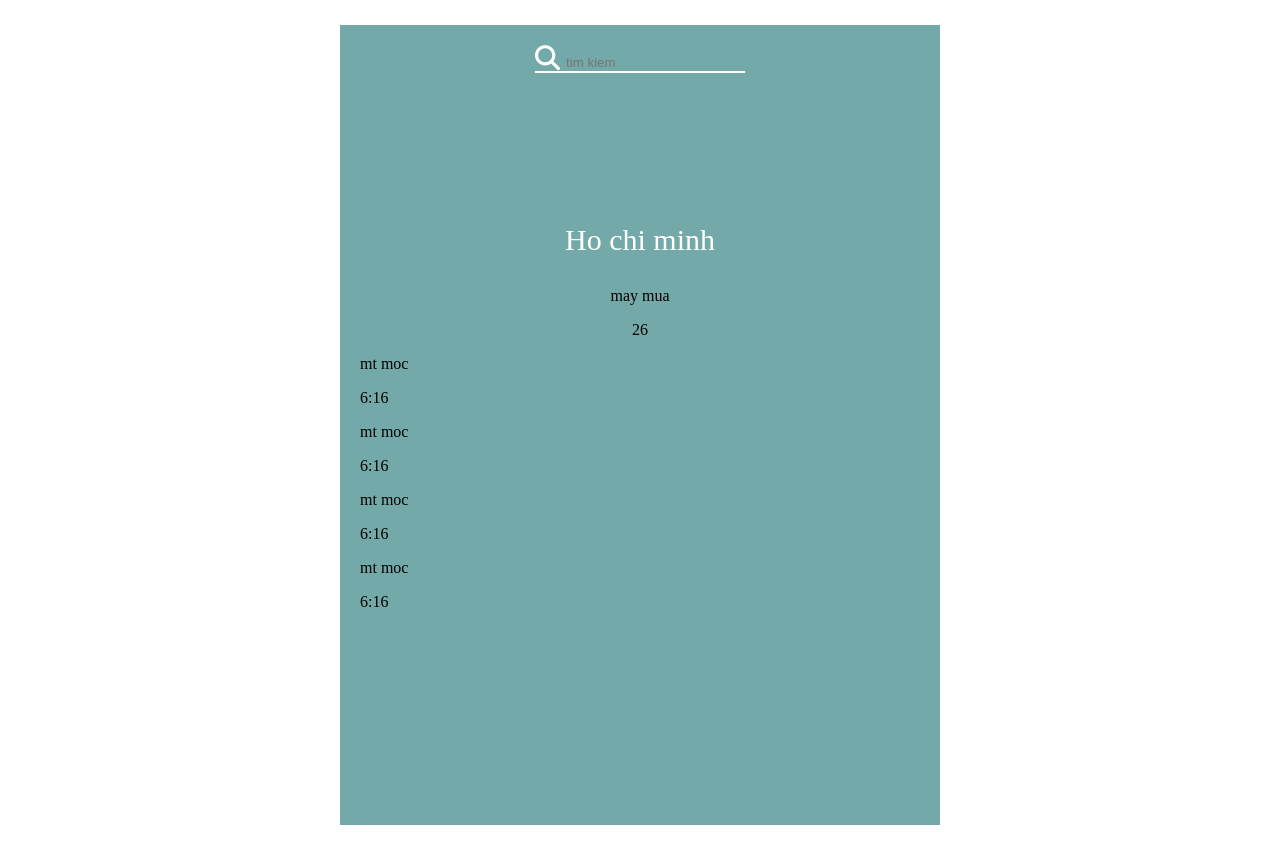
Repository: tienbkvn0605/weatherApp
Page: index.html
The author's editor kept a copy of each file at every save. The page is drawn from the files as they stood at one save, then again after the next save.
The browser window is 1280 px wide. The pictures show the whole page.

Above is the page before, as saved 2022-10-05 16:49:43.

### index.html
<!DOCTYPE html>
<html lang="en">
  <head>
    <meta charset="UTF-8" />
    <meta http-equiv="X-UA-Compatible" content="IE=edge" />
    <meta name="viewport" content="width=device-width, initial-scale=1.0" />
    <link
      rel="stylesheet"
      href="https://cdnjs.cloudflare.com/ajax/libs/font-awesome/6.2.0/css/all.min.css"
      integrity="sha512-xh6O/CkQoPOWDdYTDqeRdPCVd1SpvCA9XXcUnZS2FmJNp1coAFzvtCN9BmamE+4aHK8yyUHUSCcJHgXloTyT2A=="
      crossorigin="anonymous"
      referrerpolicy="no-referrer"
    />
    <link rel="stylesheet" href="appstyle.css" />
    <title>Get Weather</title>
  </head>
  <body>
    <div class="container">
      <div class="main-section">
        <div class="search-bar">
          <i class="fa fa-search" aria-hidden="true"></i>
          <input type="text" placeholder="tim kiem" class="search-input" />
        </div>
        <p class="name-city">Ho chi minh</p>
        <p class="desc">may mua</p>
        <div class="status-icon"></div>
        <p class="template">26</p>
      </div>
      <div class="additional-section">
        <div class="colum">
          <div class="title">mt moc</div>
          <p class="time">6:16</p>
          <div class="title">mt moc</div>
          <p class="time">6:16</p>
        </div>
        <div class="colum">
          <div class="title">mt moc</div>
          <p class="time">6:16</p>
          <div class="title">mt moc</div>
          <p class="time">6:16</p>
        </div>
      </div>
    </div>
  </body>
  <script src="app.js"></script>
</html>

### appstyle.css
*,
*:before,
*:after {
  box-sizing: border-box;
  -webkit-box-sizing: border-box;
}
.container {
  width: 600px;
  height: 800px;
  background-color: rgb(116, 169, 169);
  margin: 25px auto;
  padding: 20px;
}
.main-section {
  text-align: center;
}
.search-bar {
  margin: 0 auto;
  border-bottom: 2px solid white;
  padding: 0px 25px 5px 30;
  align-items: center;
  width: max-content;
  margin-bottom: 150px;
}
.search-bar i {
  font-size: 25px;
  color: white;
}
.search-input {
  border: 0;
  outline: none;
  background-color: transparent;
  color: white;
}
.name-city {
  text-align: center;
  font-size: 30px;
  color: white;
}

Loaded but not shown: app.js (no stored copy; drawn as an empty file)

After the next save:
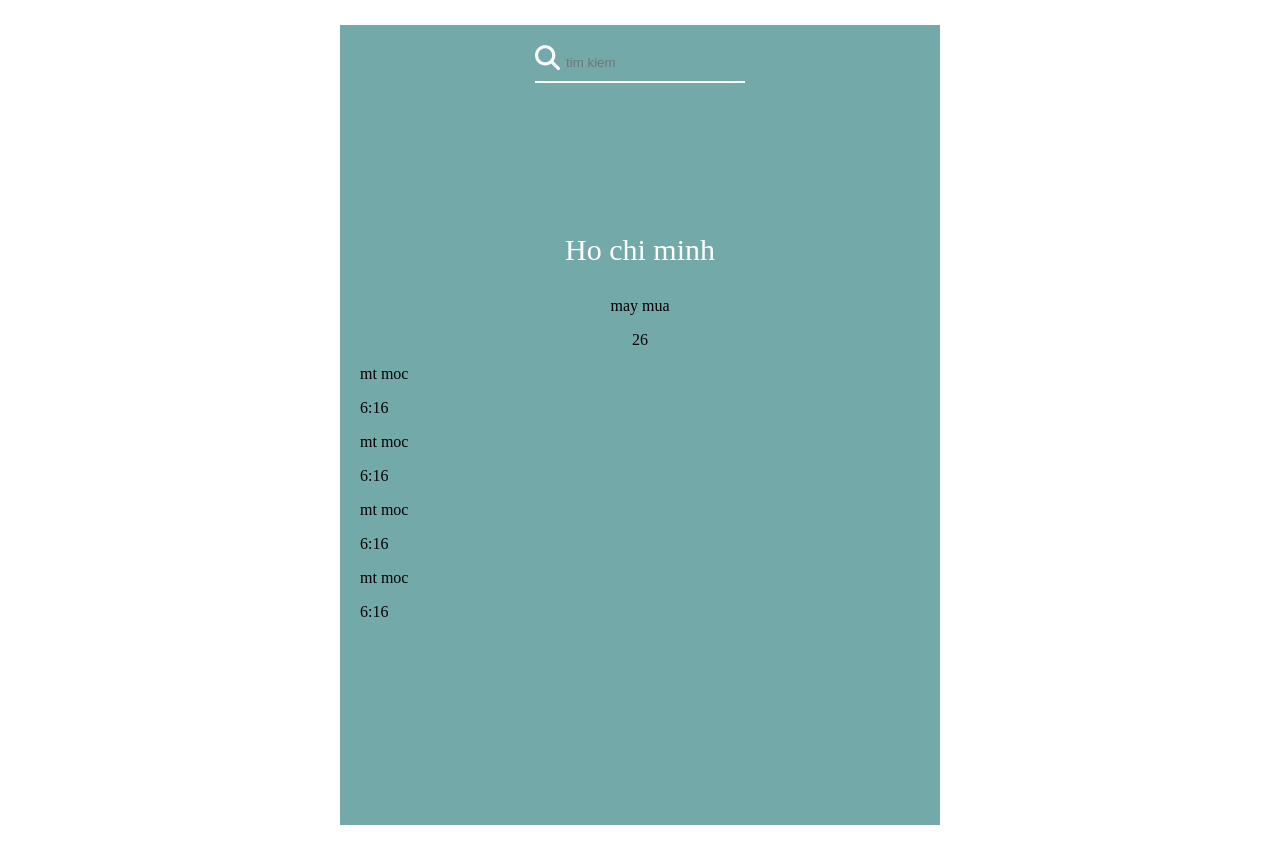
Saved 22 s later.
--- a/appstyle.css
+++ b/appstyle.css
@@ -17,7 +17,7 @@
 .search-bar {
   margin: 0 auto;
   border-bottom: 2px solid white;
-  padding: 0px 25px 5px 30;
+  padding-bottom: 10px;
   align-items: center;
   width: max-content;
   margin-bottom: 150px;
